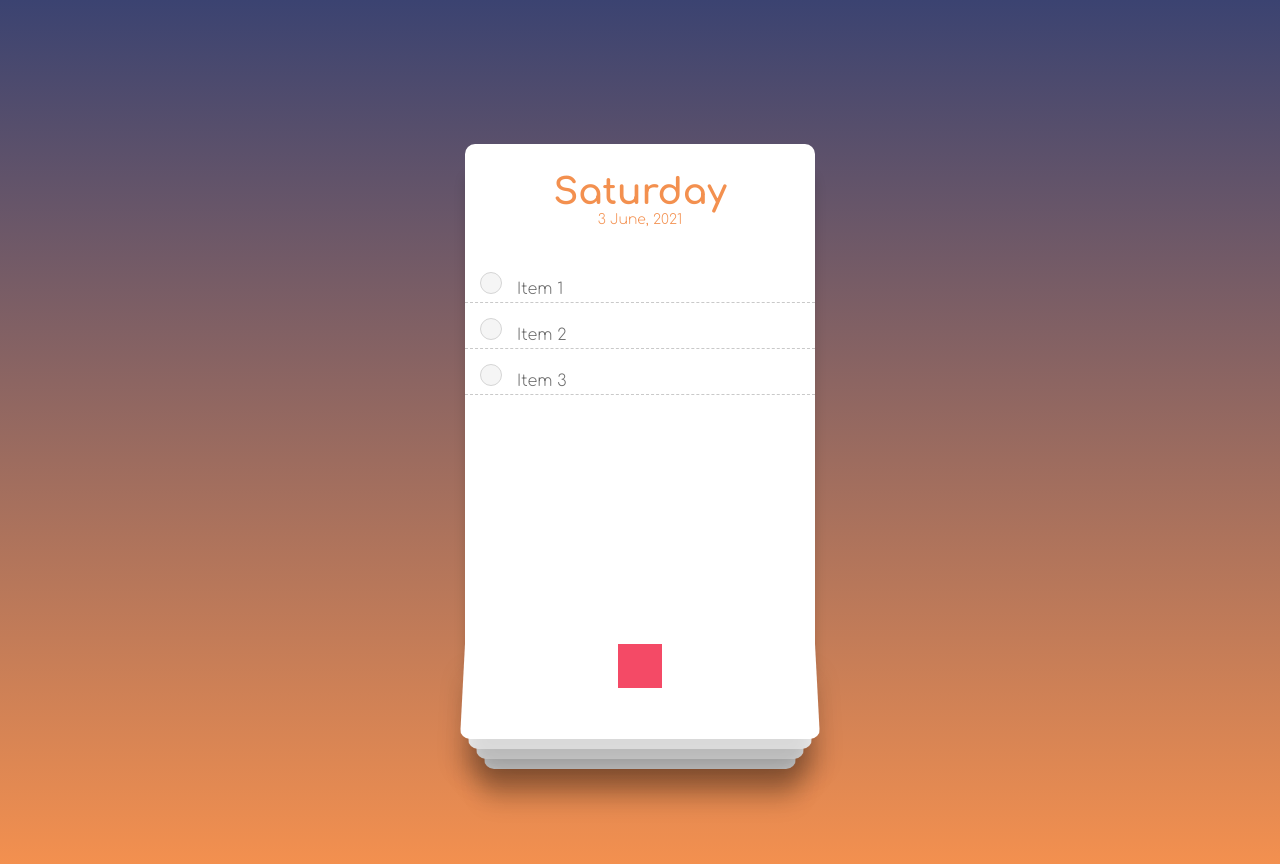
Repository: Colo-Codes/mini-projects
Page: todo-app/index.html
These files come from the project's save history. The page is drawn as it stood at one moment and after a run of saves; the edit follows.
The browser window is 1280 px wide. The pictures show the whole page.
Pictures or frames that could not be fetched are drawn as grey boxes.

Above is the page before, as saved 2021-07-04 12:26:46.

After the next 2 saves:
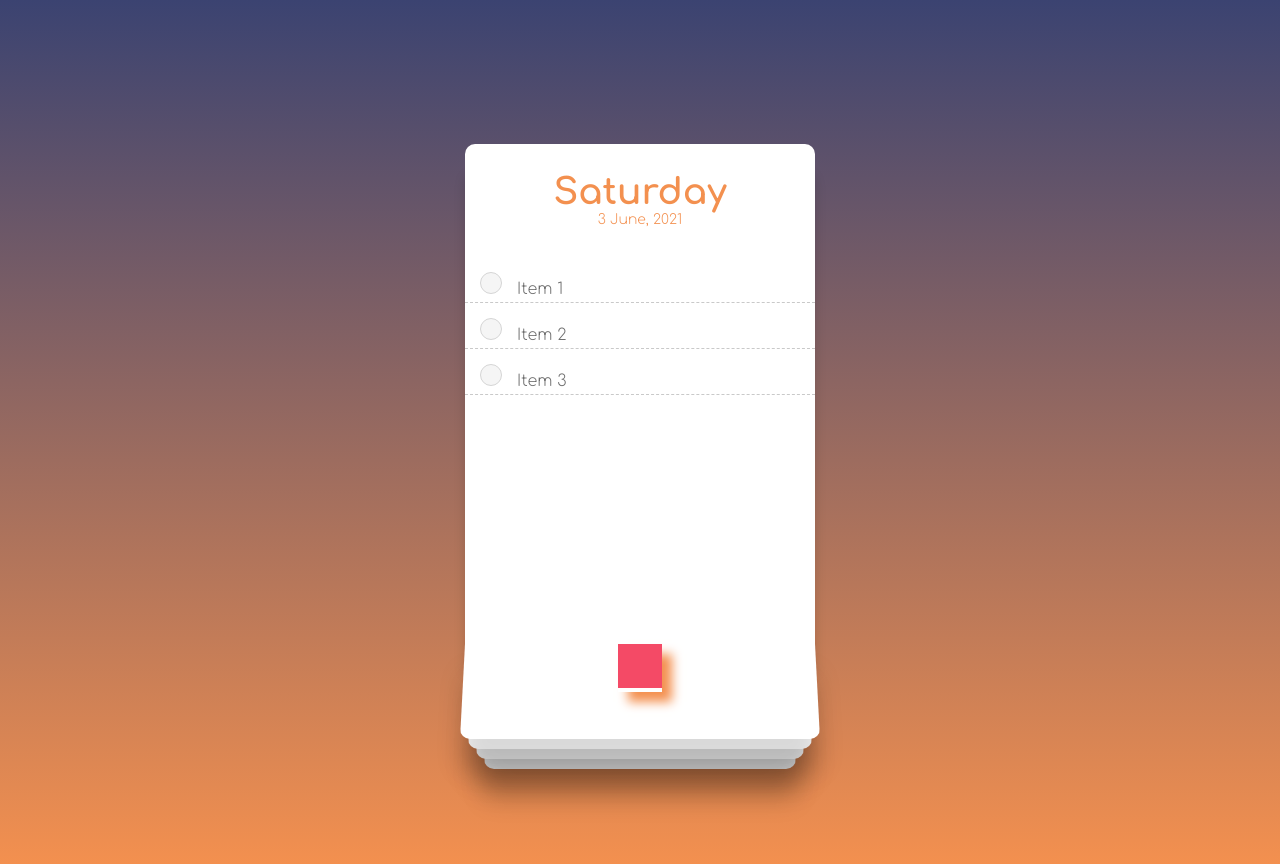
The 2 saves are shown as one change because they came seconds apart.
The last was saved 36 s later.
--- a/todo-app/css/index.css
+++ b/todo-app/css/index.css
@@ -149,4 +149,5 @@
         brightness(103%) contrast(91%);
     position: relative;
     z-index: 10;
+    box-shadow: 10px 10px 10px black;
 }

After the save that followed:
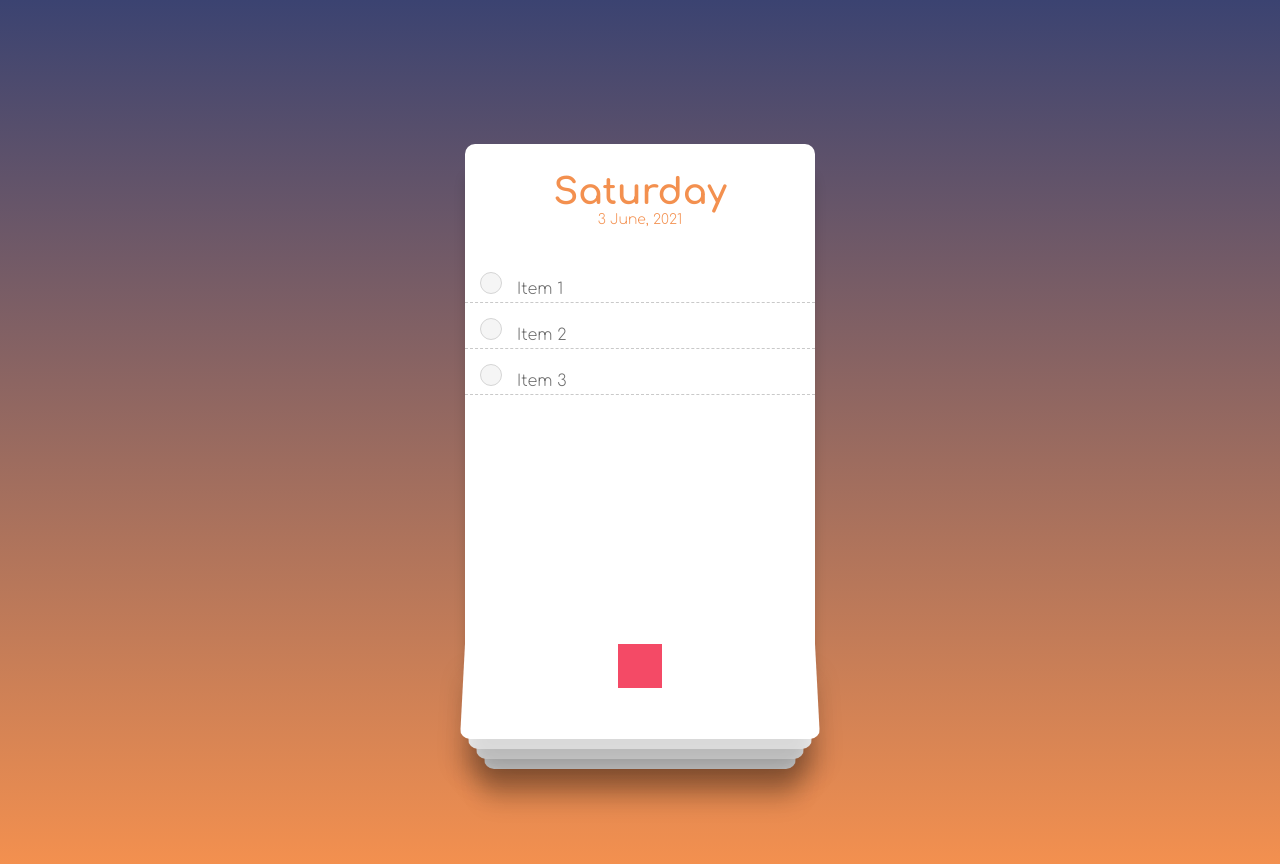
Saved 7 s later.
--- a/todo-app/css/index.css
+++ b/todo-app/css/index.css
@@ -149,5 +149,4 @@
         brightness(103%) contrast(91%);
     position: relative;
     z-index: 10;
-    box-shadow: 10px 10px 10px black;
 }
